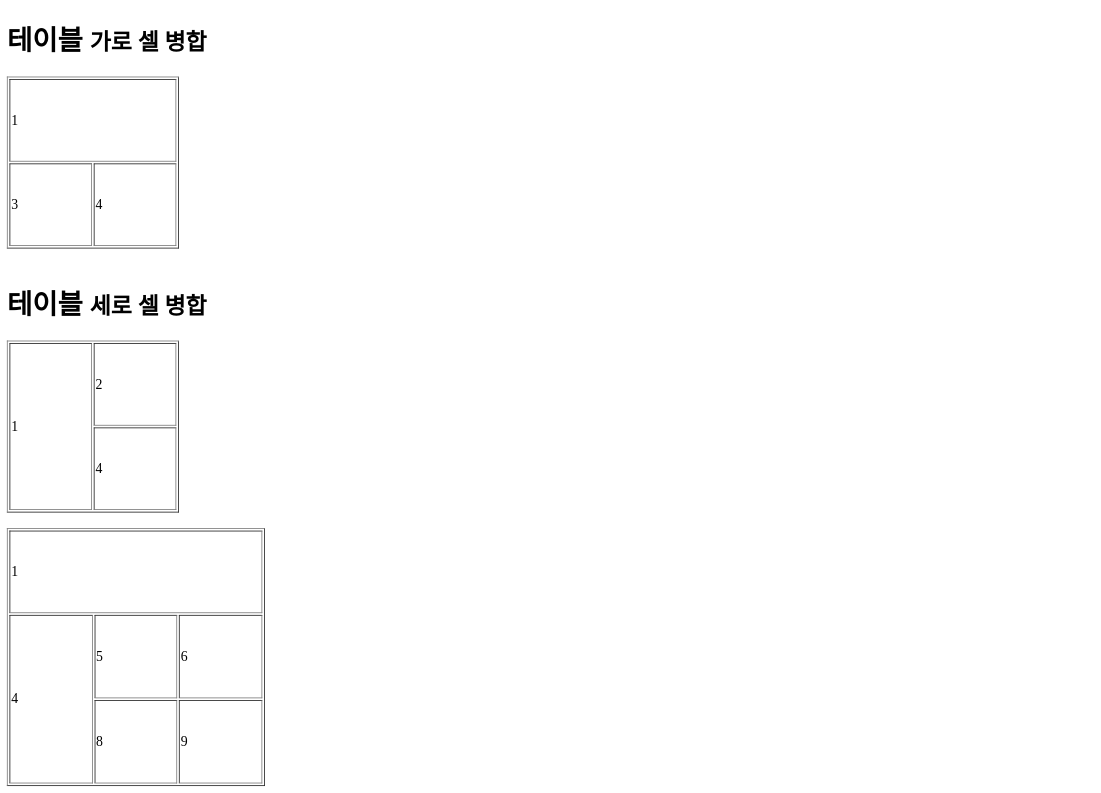
Repository: kmd192kmd/Web
Page: html/HtmlTest/src/main/webapp/ex15_table.html
An editor plug-in stored every save of this project. The page is shown before and after the next save, followed by the edit.
The browser window is 1280 px wide. The pictures show the whole page, at 86% of full size.

Above is the page before, as saved 2026-02-13 06:22:52.

After the next save:
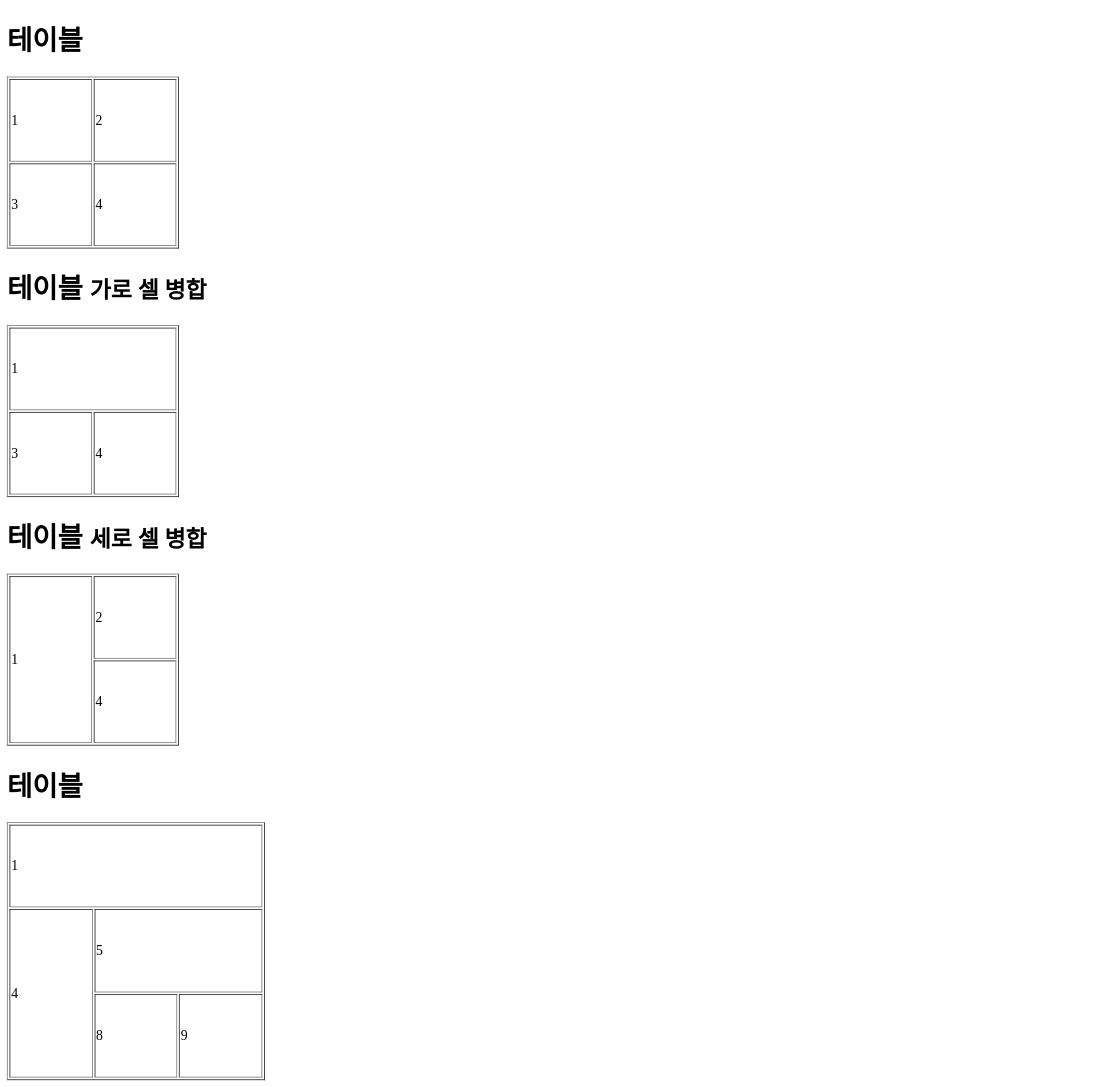
Saved 12 s later.
--- a/html/HtmlTest/src/main/webapp/ex15_table.html
+++ b/html/HtmlTest/src/main/webapp/ex15_table.html
@@ -7,6 +7,20 @@
 <body>
 	<!-- ex15_table.html -->
 	<!-- 테이블 셀 병합 -->
+	<h1>테이블</h1>
+
+	<table border="1" width="200" height="200">
+		<tr>
+			<td>1</td>
+			<td>2</td>
+		</tr>
+		<tr>
+			<td>3</td>
+			<td>4</td>
+		</tr>
+	</table>
+
+
 	<h1>테이블 <small>가로 셀 병합</small></h1>
 
 	<table border="1" width="200" height="200">
@@ -19,7 +33,6 @@
 		</tr>
 	</table>
 
-	<br>
 
 	<h1>테이블 <small>세로 셀 병합</small></h1>
 
@@ -33,7 +46,8 @@
 		</tr>
 	</table>
 
-	<br>
+
+	<h1>테이블</h1>
 
 	<table border="1" width="300" height="300">
 		<tr>
@@ -41,8 +55,7 @@
 		</tr>
 		<tr>
 			<td rowspan="2">4</td>
-			<td>5</td>
-			<td>6</td>
+			<td colspan="2">5</td>
 		</tr>
 		<tr>
 			<td>8</td>
